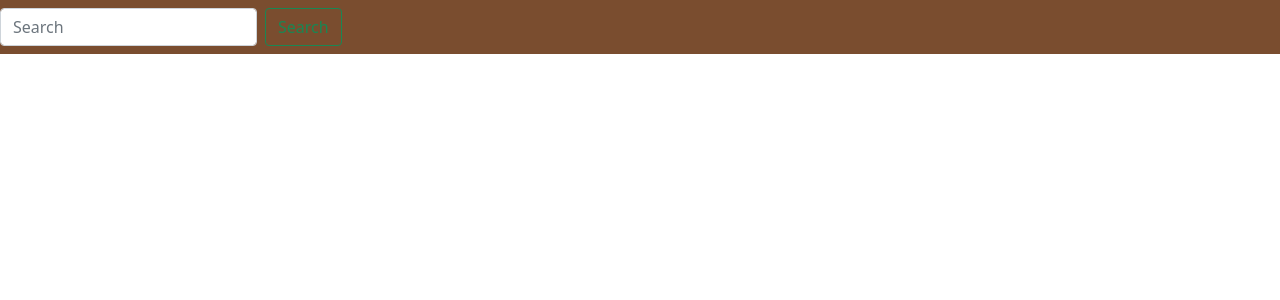
Repository: ViniciusCMS/StudyJquerry
Page: index.html
These files come from the project's save history. The page is drawn as it stood at one moment and after the next save; the edit follows.
The browser window is 1280 px wide. The pictures show the whole page.

Above is the page before, as saved 2021-11-26 10:37:16.

After the next save:
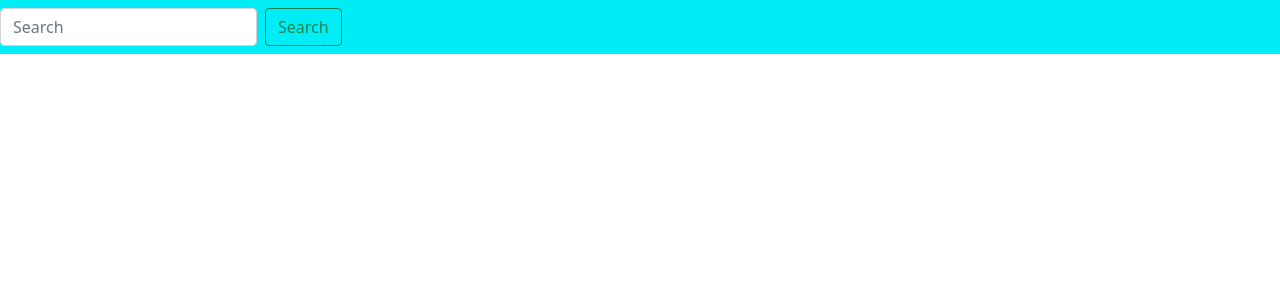
Saved 17 s later.
--- a/index.html
+++ b/index.html
@@ -10,7 +10,7 @@
     <link rel="stylesheet" type="text/css" href="bootstrap/css/bootstrap.min.css">
 </head>
 <body>
-   <nav class="navbar navbar-light" style="background-color: #7a4d2f;">
+   <nav class="navbar navbar-light" style="background-color: #00edf5;">
       <form class="d-flex">
         <input class="form-control me-2" type="search" placeholder="Search" aria-label="Search">
         <button class="btn btn-outline-success" type="submit">Search</button>
